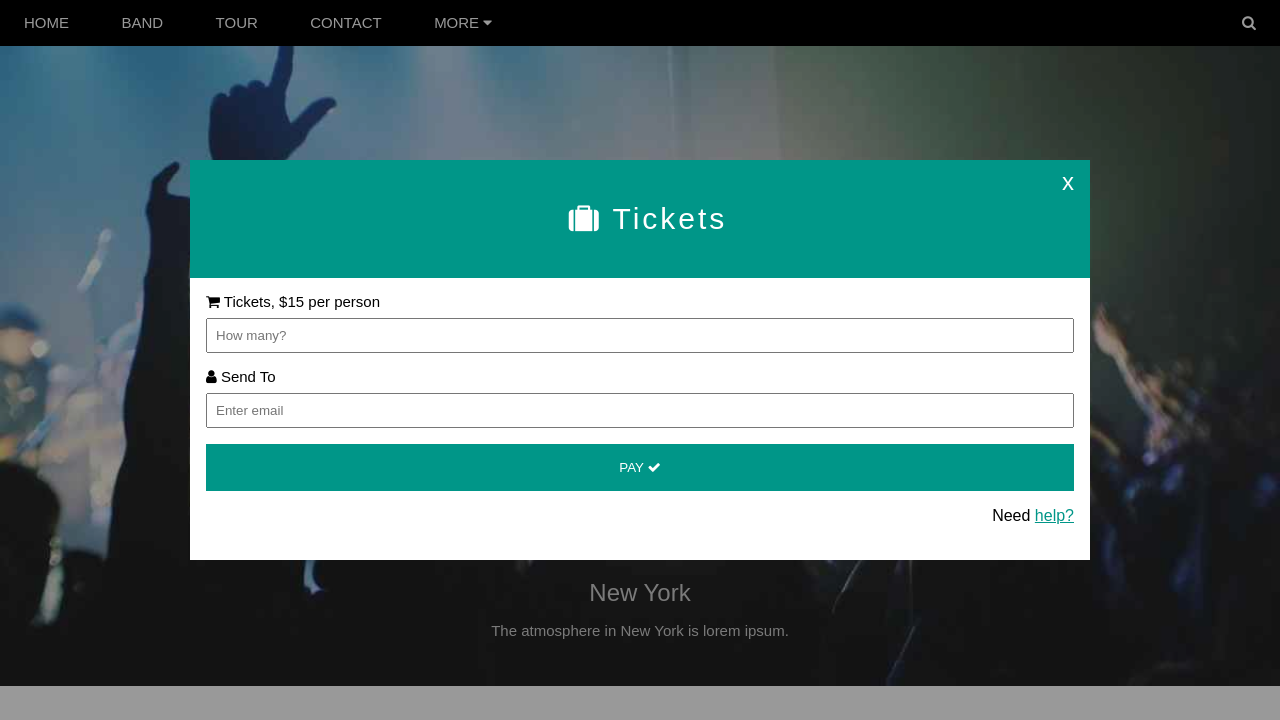
Repository: nguyenhoang2002062929/band
Page: index.html
An editor plug-in stored every save of this project. The page is shown before and after the next save, followed by the edit.
The browser window is 1280 px wide. The pictures show the window.
A layer covers the whole window, so only the first screen is drawn.

Above is the page before, as saved 2023-06-06 10:55:20.

After the next save:
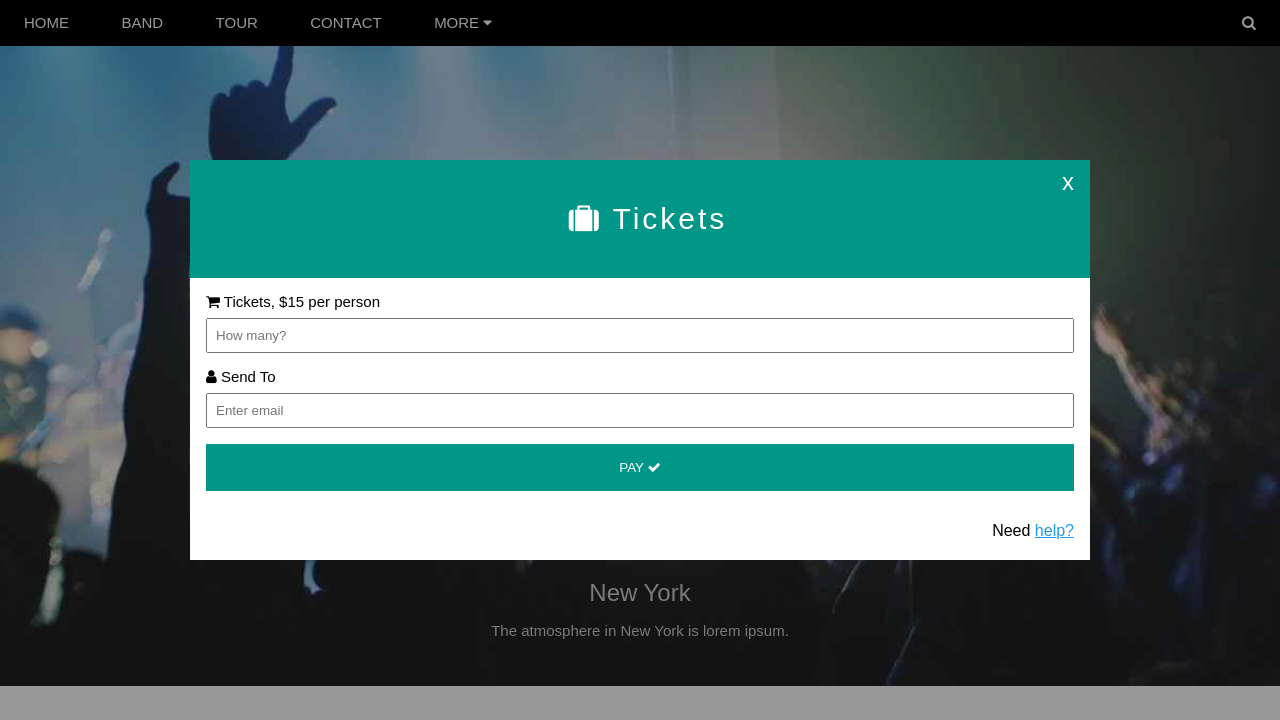
Saved 2 min 13 s later.
--- a/assets/css/style.css
+++ b/assets/css/style.css
@@ -300,8 +300,8 @@ cursor: pointer;
 }
 .modal-footer p{
     float: right;
-    margin-right: 16px;
+    margin: 15px 16px   ;
 }
 .modal-footer p a{
-    color: rgb(0, 150, 136);
-}
+    color: rgb(33, 150, 243);
+}
